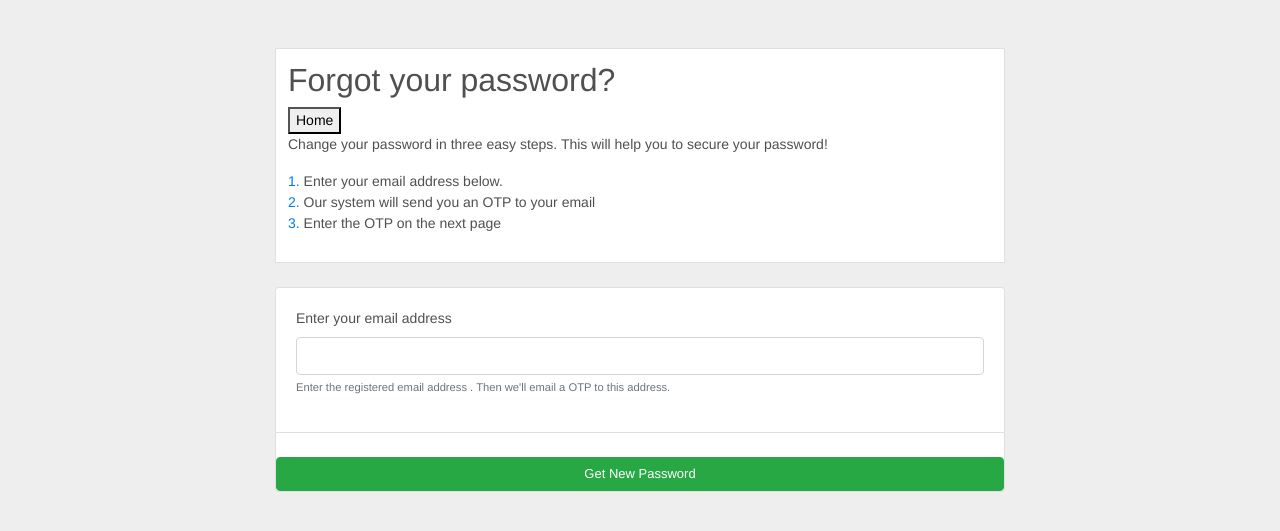
Repository: Hammam0827/maven-jenkins-exercise
Page: http://localhost/devops_project/forgotPassword.jsp
These files come from the project's save history. The page is drawn as it stood at one moment and after the next save; the edit follows.
The browser window is 1280 px wide. The pictures show the whole page.
Some web libraries are served in a nearby version. The page is served by Tomcat 9. Other server files are loaded and not shown.

Above is the page before, as saved 2022-12-01 10:50:41.

### devops_project/src/main/webapp/forgotPassword.jsp
<!doctype html>
<html>
<head>
<meta charset='utf-8'>
<meta name='viewport' content='width=device-width, initial-scale=1'>
<title>Forgot Password</title>
<link
	href='https://stackpath.bootstrapcdn.com/bootstrap/4.1.1/css/bootstrap.min.css'
	rel='stylesheet'>
<link href='' rel='stylesheet'>
<script type='text/javascript'
	src='https://cdnjs.cloudflare.com/ajax/libs/jquery/3.2.1/jquery.min.js'></script>
<style>
body {
	background-position: center;
	background-color: #eee;
	background-repeat: no-repeat;
	background-size: cover;
	color: #505050;
	font-family: "Rubik", Helvetica, Arial, sans-serif;
	font-size: 14px;
	font-weight: normal;
	line-height: 1.5;
	text-transform: none
}

.forgot {
	background-color: #fff;
	padding: 12px;
	border: 1px solid #dfdfdf
}

.padding-bottom-3x {
	padding-bottom: 72px !important
}

.card-footer {
	background-color: #fff
}

.btn {
	font-size: 13px
}

.form-control:focus {
	color: #495057;
	background-color: #fff;
	border-color: #76b7e9;
	outline: 0;
	box-shadow: 0 0 0 0px #28a745
}
</style>
</head>
<body oncontextmenu='return false' class='snippet-body'>
	<div class="container padding-bottom-3x mb-2 mt-5">
		<div class="row justify-content-center">
			<div class="col-lg-8 col-md-10">
				<div class="forgot">


					<h2>Forgot your password?</h2> <form action="/devops_project/login.jsp" class="inline">
						<button >Home</button>
					</form>
					<p>Change your password in three easy steps. This will help you
						to secure your password!</p>
					<ol class="list-unstyled">
						<li><span class="text-primary text-medium">1. </span>Enter
							your email address below.</li>
						<li><span class="text-primary text-medium">2. </span>Our
							system will send you an OTP to your email</li>
						<li><span class="text-primary text-medium">3. </span>Enter
							the OTP on the next page</li>
					</ol>
				</div>
				<form class="card mt-4" action="forgotPassword" method="POST">
					<div class="card-body">
						<div class="form-group">
							<label for="email-for-pass">Enter your email address</label> <input
								class="form-control" type="text" name="email"
								id="email-for-pass" required=""><small
								class="form-text text-muted">Enter the registered email
								address . Then we'll email a OTP to this address.</small>
						</div>
					</div>
					<div class="card-footer">

					</div>
					<button class="btn btn-success" type="submit">Get New
							Password</button>





				</form>
			</div>
		</div>
	</div>
	<script type='text/javascript'
		src='https://stackpath.bootstrapcdn.com/bootstrap/4.1.1/js/bootstrap.bundle.min.js'></script>
	<script type='text/javascript' src=''></script>
	<script type='text/javascript' src=''></script>
	<script type='text/Javascript'></script>
</body>
</html>

After the next save:
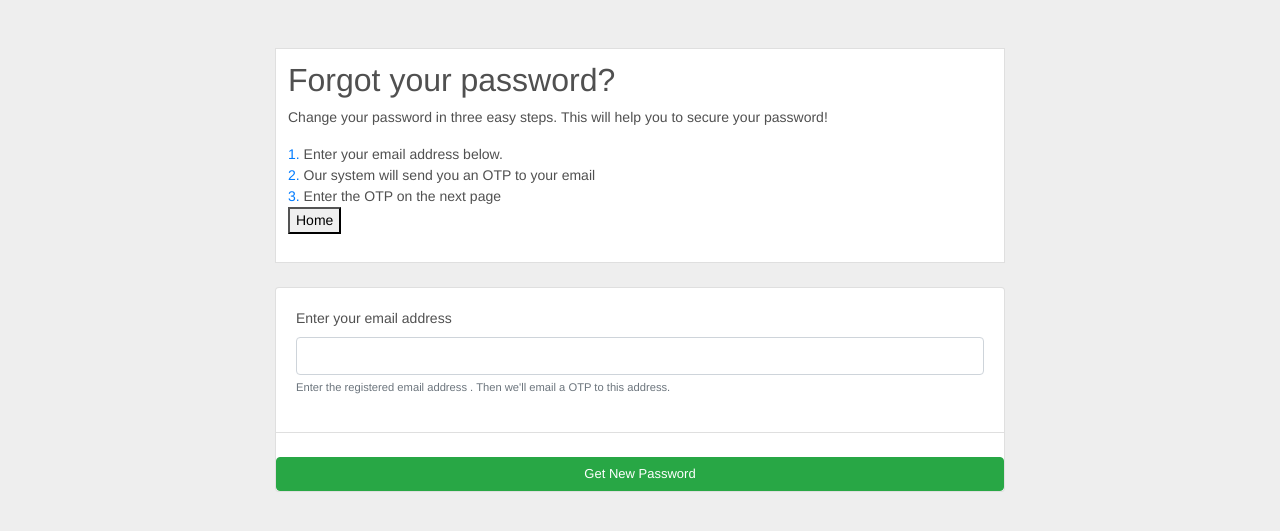
Saved 11 s later.
--- a/devops_project/src/main/webapp/forgotPassword.jsp
+++ b/devops_project/src/main/webapp/forgotPassword.jsp
@@ -58,9 +58,7 @@ body {
 				<div class="forgot">
 
 
-					<h2>Forgot your password?</h2> <form action="/devops_project/login.jsp" class="inline">
-						<button >Home</button>
-					</form>
+					<h2>Forgot your password?</h2>
 					<p>Change your password in three easy steps. This will help you
 						to secure your password!</p>
 					<ol class="list-unstyled">
@@ -70,6 +68,9 @@ body {
 							system will send you an OTP to your email</li>
 						<li><span class="text-primary text-medium">3. </span>Enter
 							the OTP on the next page</li>
+							<form action="/devops_project/login.jsp" class="inline">
+						<button >Home</button>
+					</form>
 					</ol>
 				</div>
 				<form class="card mt-4" action="forgotPassword" method="POST">
